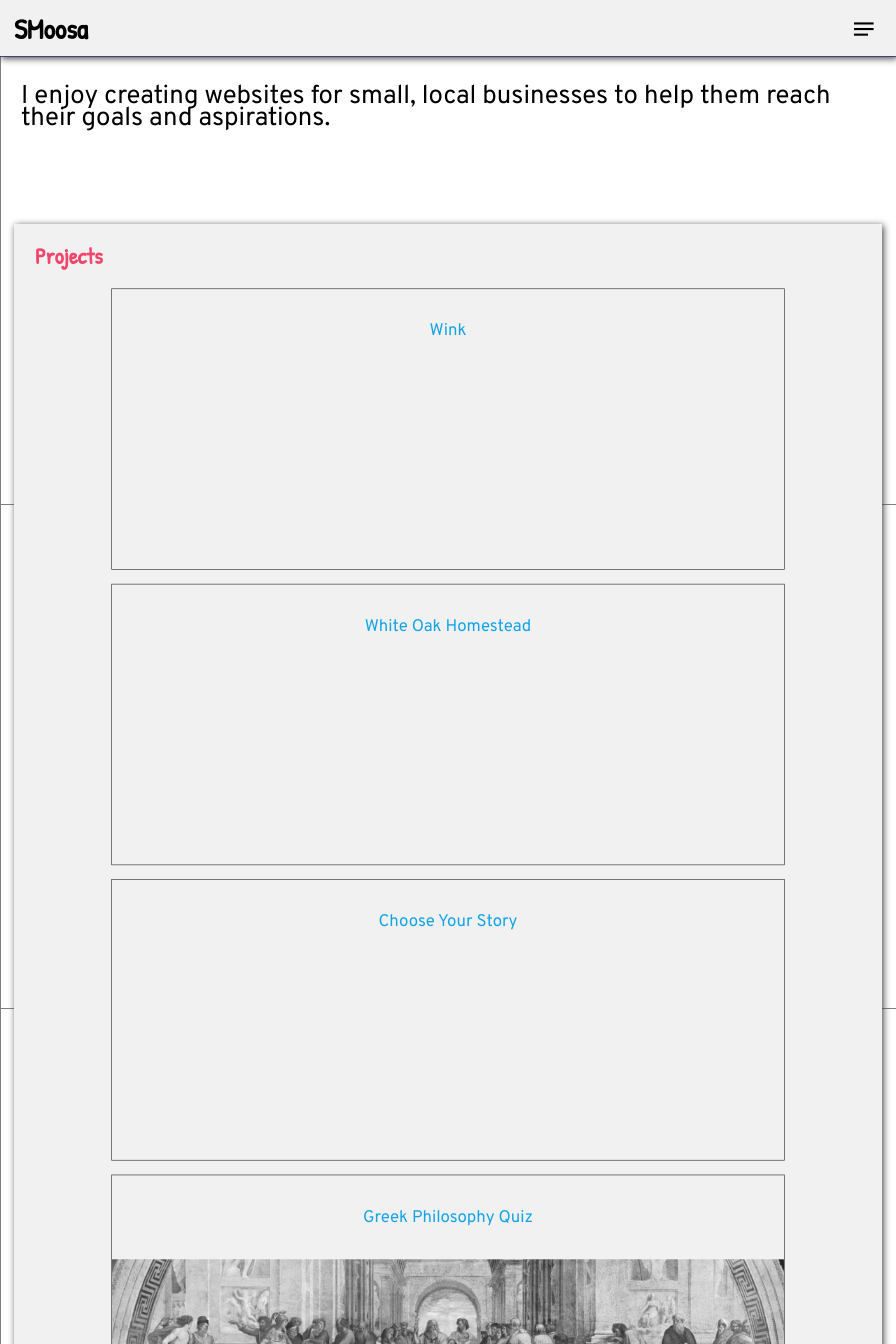
Repository: Sbethm/sarahmoosa
Page: index.html
The author's editor kept a copy of each file at every save. The page is drawn from the files as they stood at one save, then again after the next save.
The browser window is 1280 px wide. The pictures show the part of the page from y = 0 to 1920 px (the page is 2696 px tall), at 70% of full size.
Backgrounds fixed to the window are drawn as part of the page. Some web libraries are served in a nearby version. The style sheet was rebuilt from its Sass, Less or Tailwind sources for each picture, by a compiler version that may differ from the author's.

Above is the page before, as saved 2021-07-16 09:41:26.

After the next save:
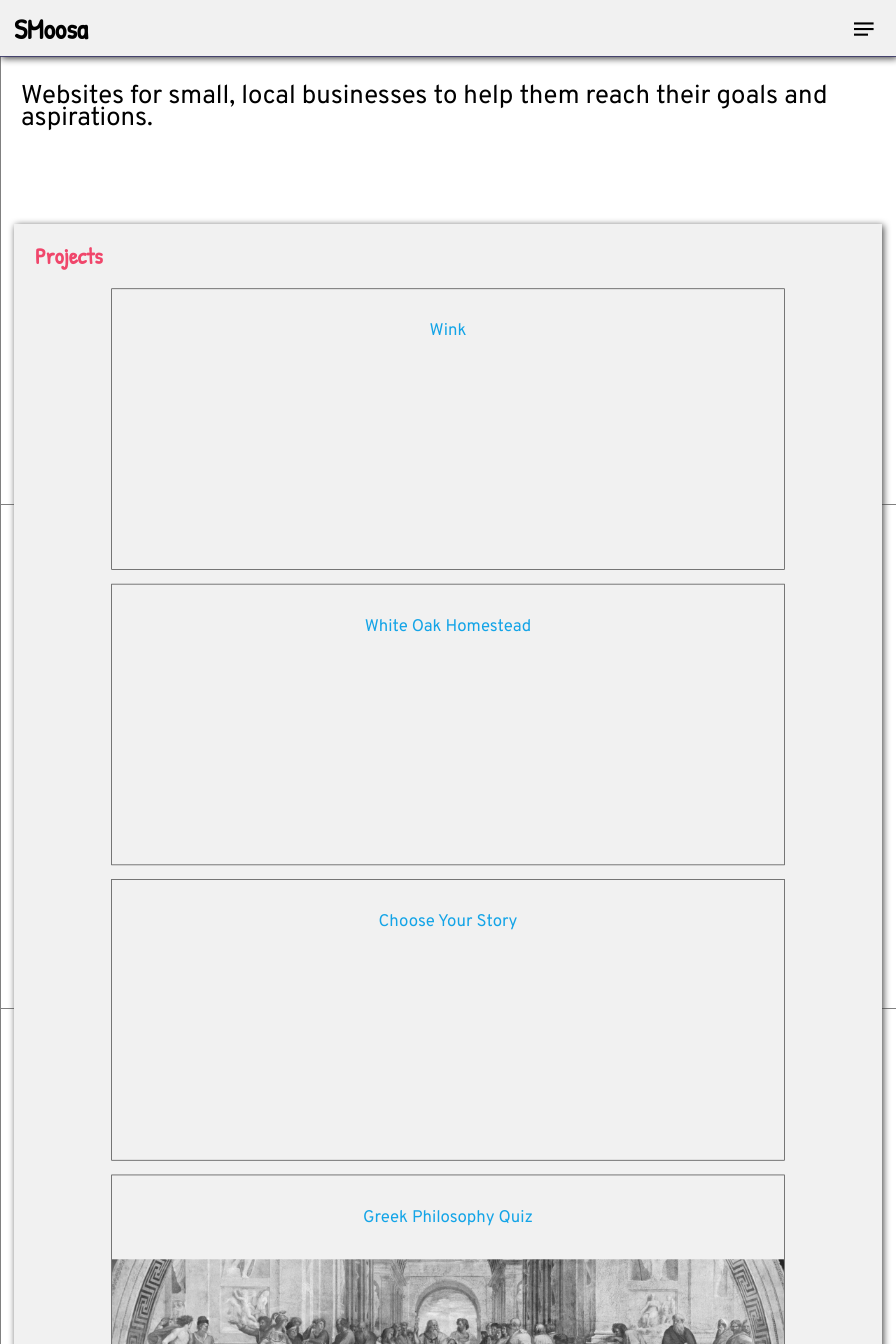
Saved 51 s later.
--- a/index.html
+++ b/index.html
@@ -31,7 +31,7 @@
     </header>
     <main>
         <div class="welcome" id="welcome">
-            <p>I enjoy creating websites for small, local businesses to help them reach their goals and aspirations.</p>
+            <p>Websites for small, local businesses to help them reach their goals and aspirations.</p>
         </div>
         <section class="project--sect">
             <h2>Projects</h2>
